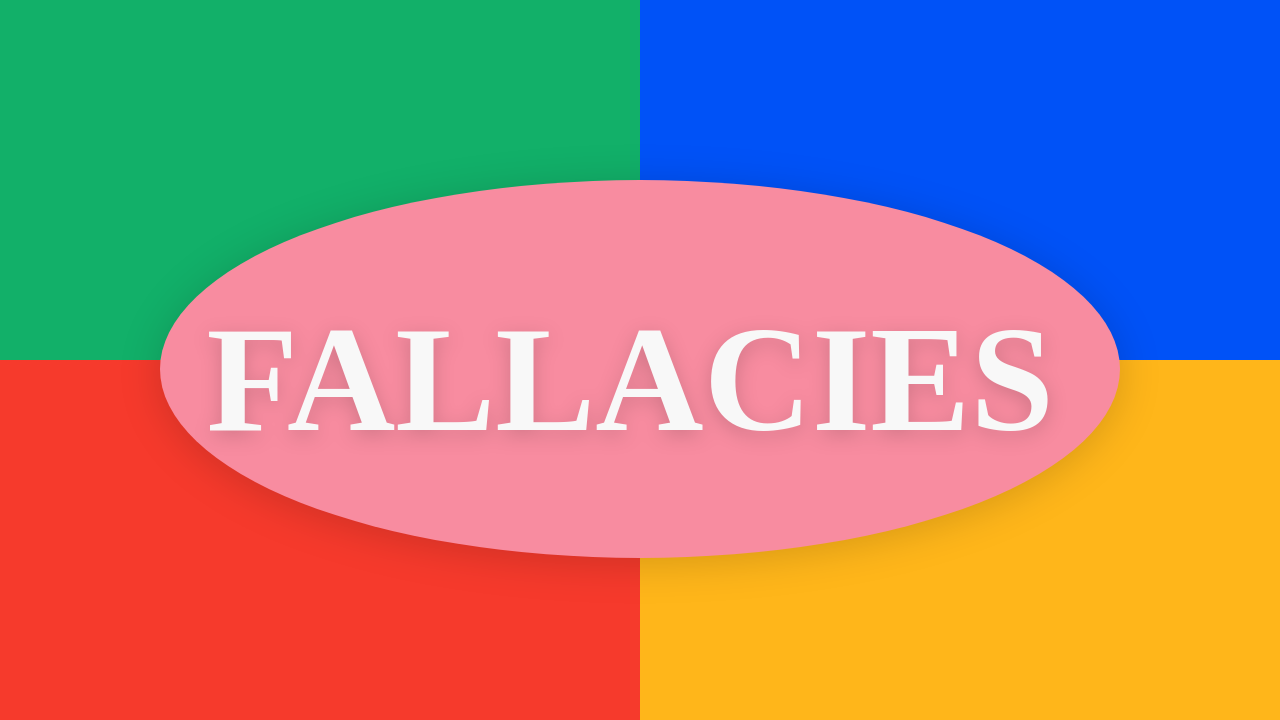
Repository: yafugray/fallacies
Page: project/Midterm project/index.html
These files come from the project's save history. The page is drawn as it stood at one moment and after the next save; the edit follows.
The browser window is 1280 px wide. The pictures show the whole page.

Above is the page before, as saved 2020-03-12 15:09:41.

### project/Midterm project/index.html
<!DOCTYPE html>
<html lang="en">
<head>
    <meta charset="UTF-8">
    <meta name="viewport" content="width=device-width, initial-scale=1.0">
    <title>Fallacies</title>
    <link href="app.css" rel="stylesheet">
</head>
<body>
    <div id="Mainpage">
        <div id="rec1"></div>
        <div id="rec2"></div>
        <div id="rec3"></div>
        <div id="rec4"></div>
        <div id="group1">
            <svg class="ellipse">
                <ellipse fill="rgba(248,140,160,1)" id="Ellipse_8" rx="75%" ry="75%" cx="50%" cy="75%">
                </ellipse>
            </svg>
            <div id="fallacies">
                <span>FALLACIES</span>
            </div>
        </div>
    </div>
</body>
</html>

### project/Midterm project/app.css
* {
    margin: 0;
    padding: 0;
    box-sizing: border-box;
    border: none;
}

#Mainpage {
    position: absolute;
    width: 100vw;
    height: 100vh;
    background-color: azure;
    overflow: hidden;
}
@keyframes fadein {

    0% {
        opacity: 0;
    }
    100% {
        opacity: 1;
    }

}

#rec1 {
	position: absolute;
	overflow: visible;
	width: 50vw;
	height: 50vh;
	left: 0px;
    top: 0px;
    background-color: rgba(18,176,105,1);
}
#rec4 {
	position: absolute;
	overflow: visible;
	width: 50vw;
	height: 50vh;
	left: 0px;
    bottom: 0px;
    background-color: rgba(246,58,44,1);
}
#rec2 {
	position: absolute;
	overflow: visible;
	width: 50vw;
	height: 50vh;
	right: 0px;
    top: 0px;
    background-color: rgba(0,82,247,1);
}
#rec3 {
	position: absolute;
	overflow: visible;
	width: 50vw;
	height: 50vh;
	right: 0px;
    bottom: 0px;
    background-color: rgba(255,182,26,1);
}

#group1 {
    position: absolute;
	width: 70vw;
	height: 35vh;
    left: 25%;
    right: 25%;
    top: 25%;
    bottom: 25%;
	overflow: visible;
	--web-animation: fadein 0.3s ease-out;
	--web-action-type: page;
	--web-action-target: custom___2.html;
	cursor: pointer;
}

.ellipse {
    filter: drop-shadow(0px 5px 20px rgba(0, 0, 0, 0.161));
	position: absolute;
	overflow: visible;
	width: 50vw;
	height: 35vh;
    left: 0px;
    right:0px;
    top: 0px;
    bottom: 0px;
}

#fallacies {
    filter: drop-shadow(0px 5px 10px rgba(0, 0, 0, 0.161));
    position: relative;
    align-items: center;
    justify-content: center;
    top: 45%;
    bottom: 45%;
    right: 15%;
    /* left: 25%; */
    width: 889px;
    overflow: visible;
    white-space: nowrap;
    text-align: center;
    font-family: TitlingGothicFB Narrow;
    font-style: normal;
    font-weight: bold;
    font-size: 150px;
    color: rgba(248,248,248,1);
}

After the next save:
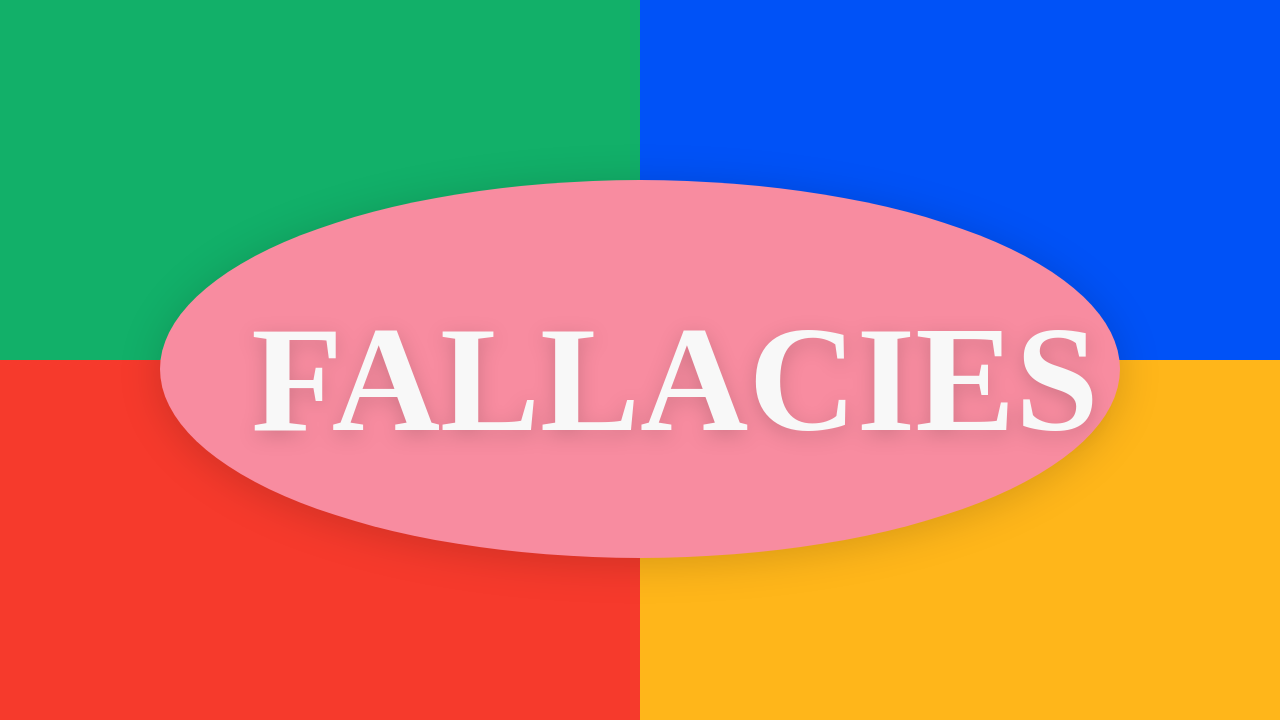
Saved 4 s later.
--- a/project/Midterm project/app.css
+++ b/project/Midterm project/app.css
@@ -94,7 +94,7 @@
     justify-content: center;
     top: 45%;
     bottom: 45%;
-    right: 15%;
+    right: 10%;
     /* left: 25%; */
     width: 889px;
     overflow: visible;
